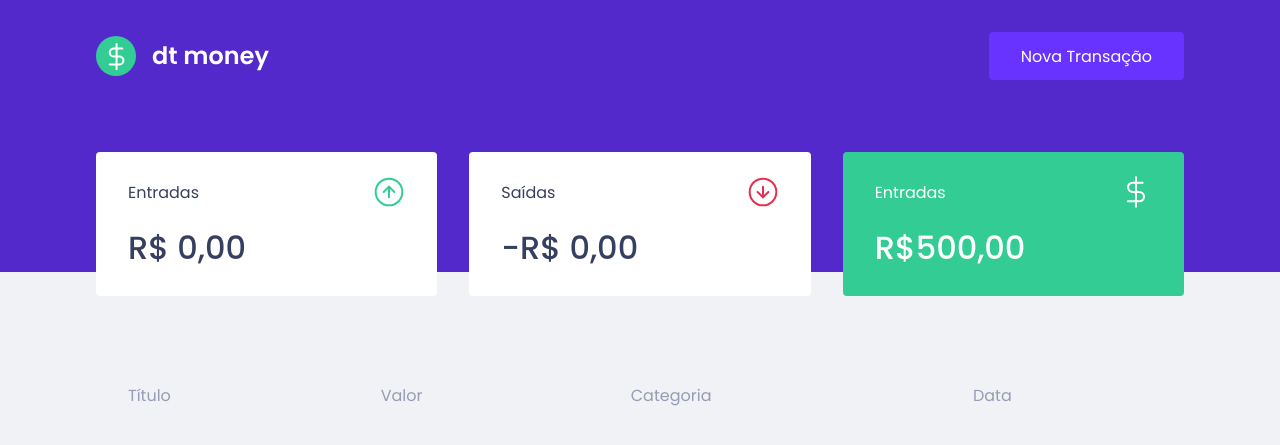
Repository: FreitasGabriel/dtmoney
Page: /
The author's editor kept a copy of each file at every save. The page is drawn from the files as they stood at one save, then again after the next save.
The browser window is 1280 px wide. The pictures show the whole page.
The page's requests for data from a server got no answer. The project was rebuilt for these pictures with package versions that can differ from the ones it lists, and the page was loaded fresh each time. No one was signed in, and anything a server would have sent is missing.

Above is the page before, as saved 2021-03-20 18:56:28.

After the next save:
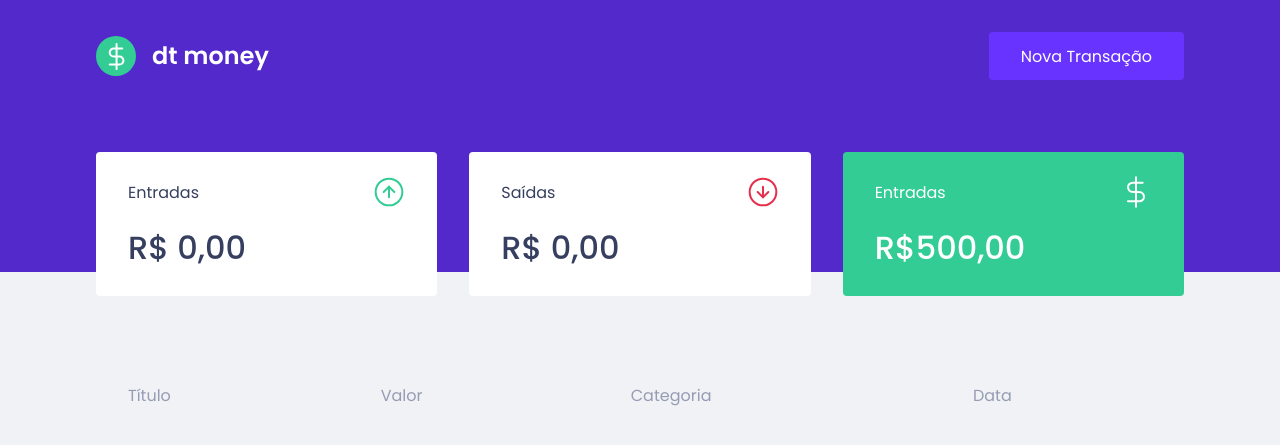
Saved 13 s later.
--- a/src/components/Summary/index.tsx
+++ b/src/components/Summary/index.tsx
@@ -43,7 +43,7 @@ export function Summary() {
                     <p>Saídas</p>
                     <img src={outcomeImg} alt="Saídas" />
                 </header>
-                <strong>-{new Intl.NumberFormat('pt-br', {
+                <strong>{new Intl.NumberFormat('pt-br', {
                     style: 'currency',
                     currency: 'BRL',
                 }).format(totalExit)}</strong>
